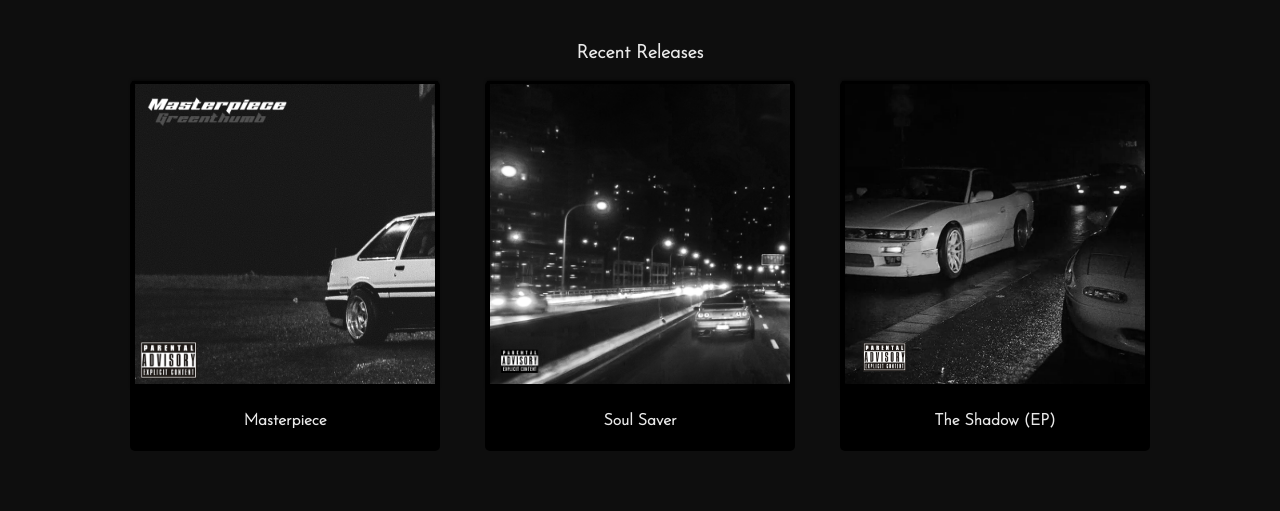
Repository: shayanabedi98/Greenthumb
Page: index.html
The author's editor kept a copy of each file at every save. The page is drawn from the files as they stood at one save, then again after the next save.
The browser window is 1280 px wide. The pictures show the part of the page from y = 734 to 1245 px (the page is 1245 px tall).

Above is the page before, as saved 2023-08-15 13:38:40.

### index.html
<!DOCTYPE html>
<html lang="en">
<head>
    <meta charset="UTF-8">
    <meta name="viewport" content="width=device-width, initial-scale=1.0">
    <title>Greenthumb Home</title>
    <link rel="stylesheet" href="styles.css">
    <link rel="preconnect" href="https://fonts.googleapis.com">
    <link rel="preconnect" href="https://fonts.gstatic.com" crossorigin>
    <link href="https://fonts.googleapis.com/css2?family=Josefin+Sans:wght@300&display=swap" rel="stylesheet">
</head>
<body>
    <div class="header">
        <header>
            <nav>
                <img src="resources/logo.png" alt="Greenthumb Logo">
                <a href="">Home</a>
                <a href="">About</a>
                <a href="">Contact</a>
            </nav>
        </header>
    </div>
    <div class="banner">
        <video autoplay playsinline muted loop src="resources/Japanese Street Drifting ! Tokyo Auto Salon 2019 Afterparty !.mp4"></video>
        <div class="banner-content">
            <h1>Rapper/Producer</h1>
            <h2>From the depths of his creative abyss, he conjures grimey beats that pulse like the heartbeat of a shadowy cosmos, inviting listeners to explore the raw and unfiltered underbelly of Hip Hop.</h2>
        </div>
    </div>
    <div class="container">
        <h3>Recent Releases</h3>
        <div class="card">
            <img src="/resources/master.jpg" alt="cover of song, Masterpiece">
            <h4>Masterpiece</h4>
        </div>
        <div class="card">
            <img src="resources/soul.png" alt="cover of song, Soul Saver">
            <h4>Soul Saver</h4>
        </div>
        <div class="card">
            <img src="resources/theshadow.png" alt="cover of EP, The Shadow">
            <h4>The Shadow (EP)</h4>
        </div>
    </div>
    <div class="listen">

    </div>
</body>
</html>

### styles.css
body {
    margin: 0;
    padding: 0;
    background-color: black;
    color: rgb(233, 233, 233);
    font-family: 'Josefin Sans', sans-serif;
}

nav a {
    text-decoration: none;
}

nav a:visited {
    text-decoration: none;
    color: rgb(233, 233, 233);
}

.banner {
    text-align: center;
    width: 100%;
    height: 600px;
}

.banner video {
    object-fit: cover;
    object-position: 50% 100%;
    height: 600px;
    width: 100%;
    opacity: 80%;
}

.banner-content {
    transform: translateY(-410px);
    width: 70%;
    margin: auto;
}

.banner-content h1 {
    font-size: 46px;
}

.banner-content h2 {
    font-size: 30px;
}

.container {
    text-align: center;
    background-color: rgb(14, 14, 14);
    padding: 25px 0 60px 0;
}

.card {
    text-align: center;
    display: inline-block;
    background-color: black;
    border-radius: 5px;
    width: 310px;
    height: 370px;
    margin: 0 20px;
}

.card img {
    height: 300px;
    width: 300px;
    box-shadow: 0 0 3px 0 black;
    border: 3px solid black;
}

.card img:hover {
    height: 320px;
    width: 320px;
    transform: translateX(-10px);
    transition: ease-in-out 0.3s;
}

.card img:not(:hover) {
    transition: ease-in-out 0.3s;
}

After the next save:
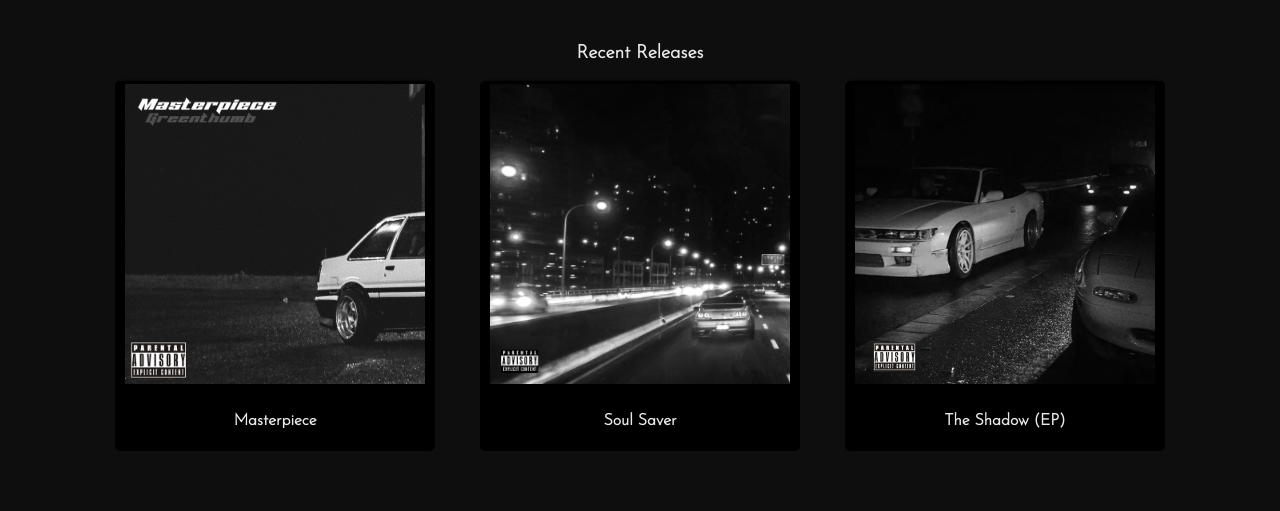
Saved 7 s later.
--- a/styles.css
+++ b/styles.css
@@ -54,7 +54,7 @@
     display: inline-block;
     background-color: black;
     border-radius: 5px;
-    width: 310px;
+    width: 320px;
     height: 370px;
     margin: 0 20px;
 }
